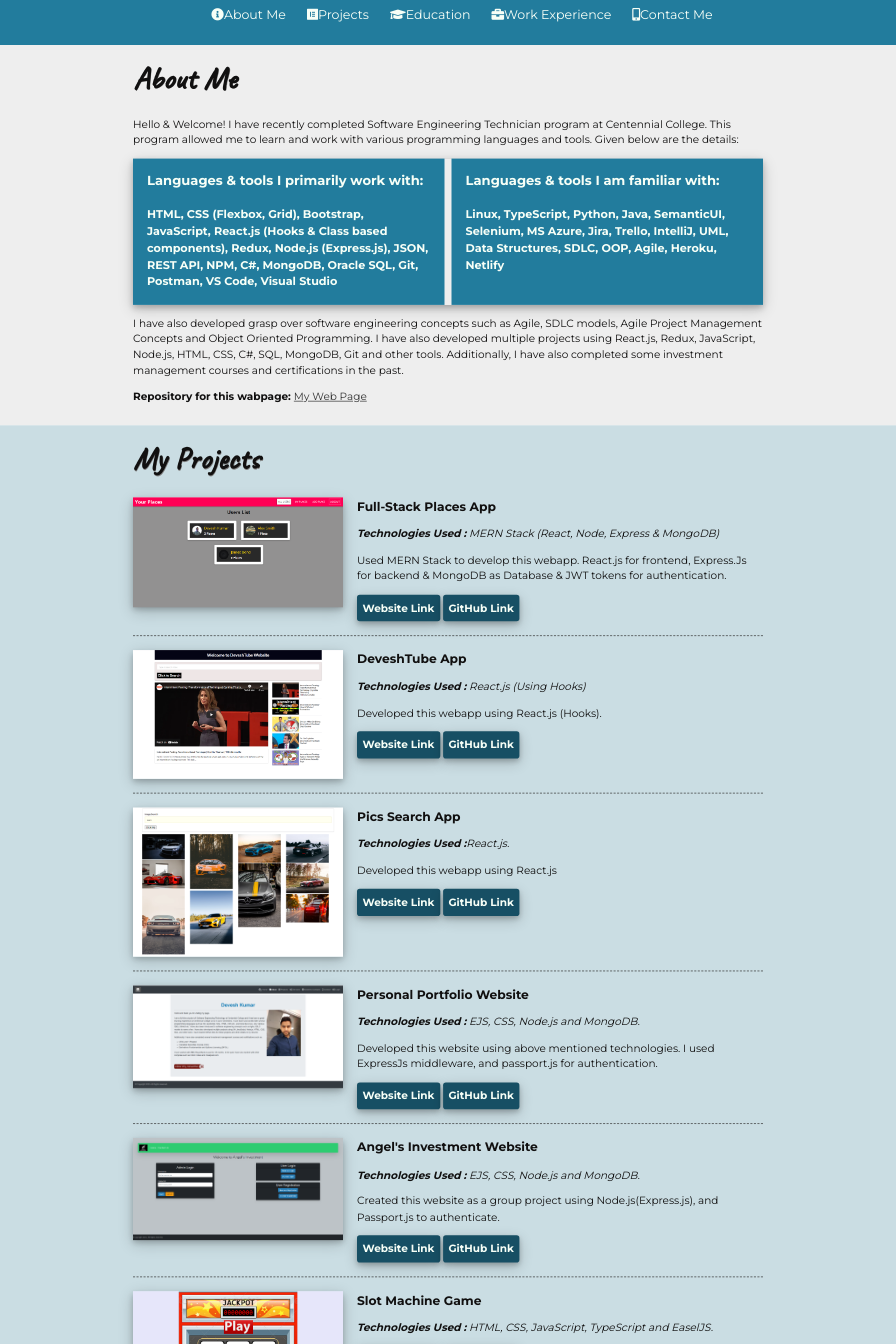
Repository: My-Web-Page/MyWebPage
Page: index.html
The author's editor kept a copy of each file at every save. The page is drawn from the files as they stood at one save, then again after the next save.
The browser window is 1280 px wide. The pictures show the part of the page from y = 511 to 2431 px (the page is 5003 px tall before and 5032 px after), at 70% of full size.
Some web libraries are served in a nearby version.

Above is the page before, as saved 2021-09-07 01:24:32.

After the next save:
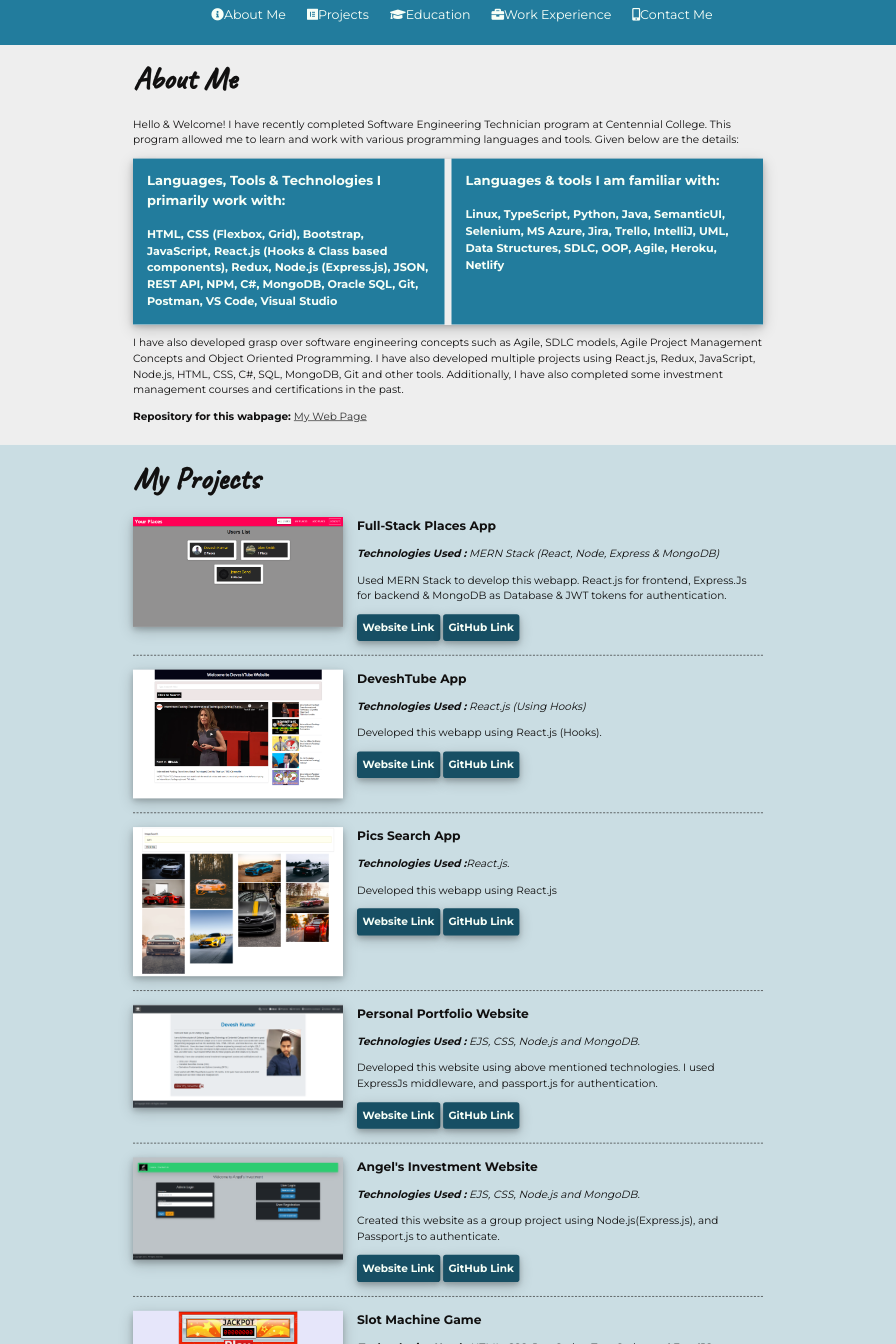
Saved 12 h 13 min later.
--- a/index.html
+++ b/index.html
@@ -51,7 +51,7 @@
                 <p>Hello & Welcome! I have recently completed Software Engineering Technician program at Centennial College. This program allowed me to learn and work with various programming languages and tools. Given below are the details: </p>
                 <div class="grid-container">
                     <div class="grid-item">
-                        <h3>Languages & tools I primarily work with:</h3>
+                        <h3>Languages, Tools & Technologies I primarily work with:</h3>
                         <h4> HTML, CSS (Flexbox, Grid), Bootstrap, JavaScript, React.js (Hooks & Class based components), Redux, Node.js (Express.js), JSON, REST API, NPM, C#, MongoDB, Oracle SQL, Git, Postman, VS Code, Visual Studio
                             </p>
                     </div>
